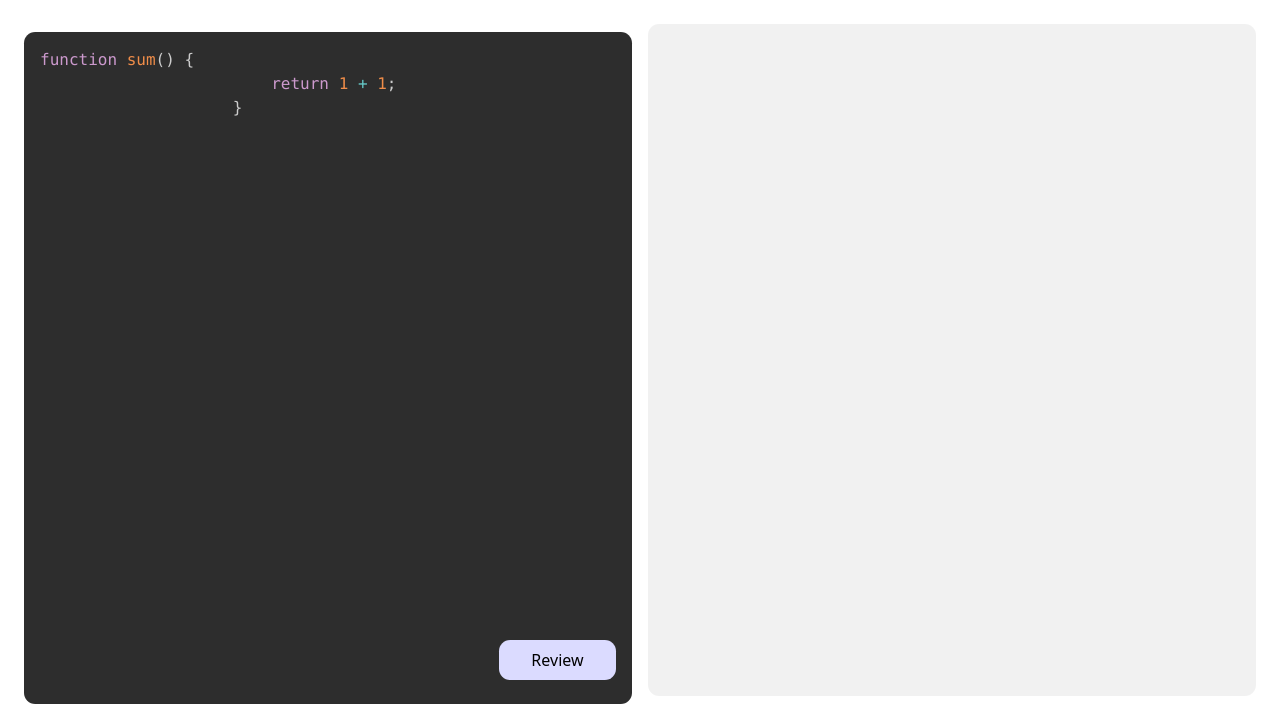
Repository: swarnabha-dutta/ai-code-reviewer
Page: / (app in frontend/)
An editor plug-in stored every save of this project. The page is shown before and after the next save, followed by the edit.
The browser window is 1280 px wide. The pictures show the whole page.
The project was rebuilt for these pictures with package versions that can differ from the ones it lists, and the page was loaded fresh each time. Also part of the build but not shown: frontend/vite.config.js.

Above is the page before, as saved 2025-06-07 09:02:09.

After the next save:
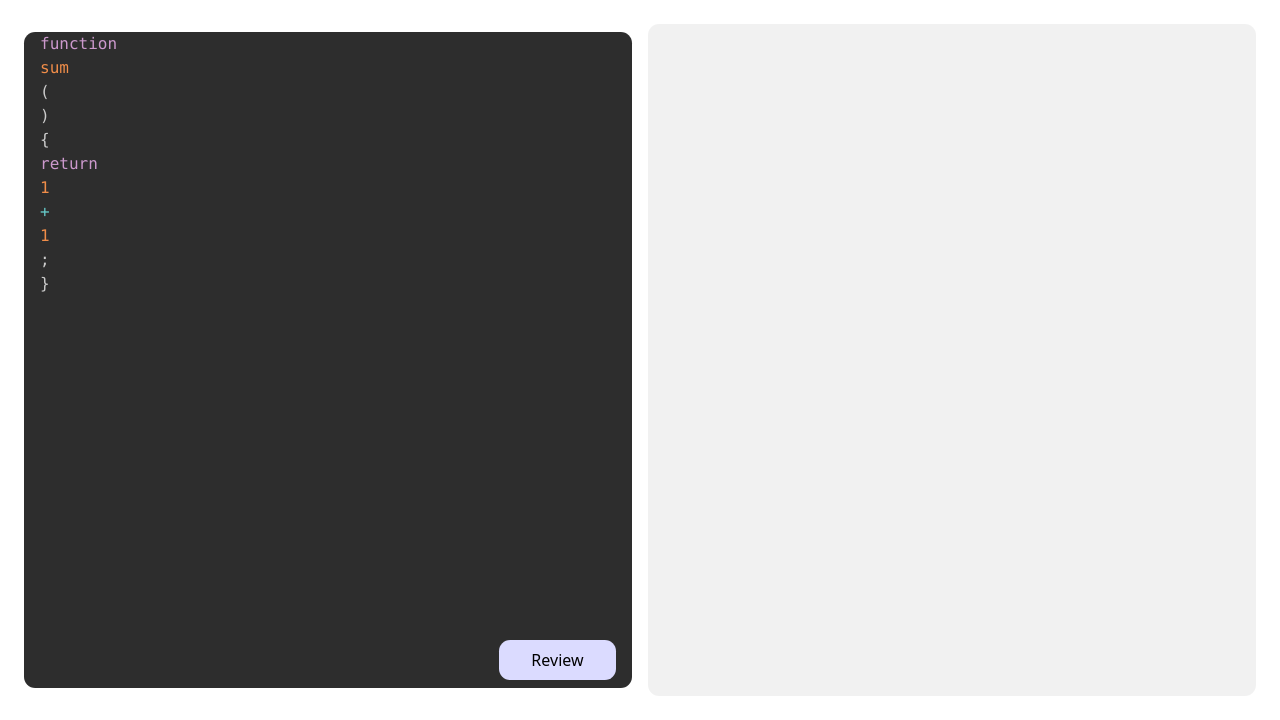
Saved 92 s later.
--- a/frontend/src/App.css
+++ b/frontend/src/App.css
@@ -37,8 +37,11 @@
   height: 100%;
   width: 100%;
   margin: 0;
+  padding-top: 0 !important; /* <-- removes any top padding */
+  padding: 0; /* optional: reset all paddings */
   border-radius: 0.7rem;
-  /* keeping original background-color by omission */
+  display: flex; /* ensures child code stays in flow */
+  flex-direction: column;
 }
 
 main .left .review {

After the save that followed:
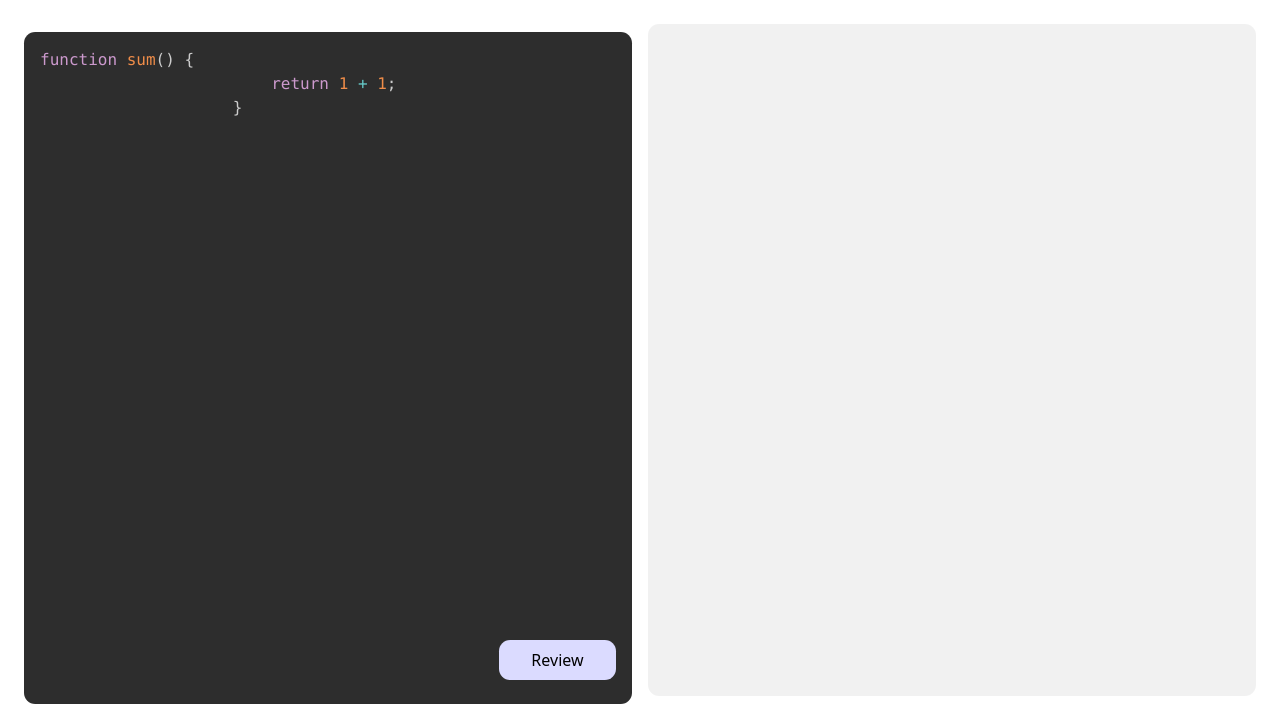
Saved 9 s later.
--- a/frontend/src/App.css
+++ b/frontend/src/App.css
@@ -37,11 +37,8 @@
   height: 100%;
   width: 100%;
   margin: 0;
-  padding-top: 0 !important; /* <-- removes any top padding */
-  padding: 0; /* optional: reset all paddings */
   border-radius: 0.7rem;
-  display: flex; /* ensures child code stays in flow */
-  flex-direction: column;
+  /* keeping original background-color by omission */
 }
 
 main .left .review {
